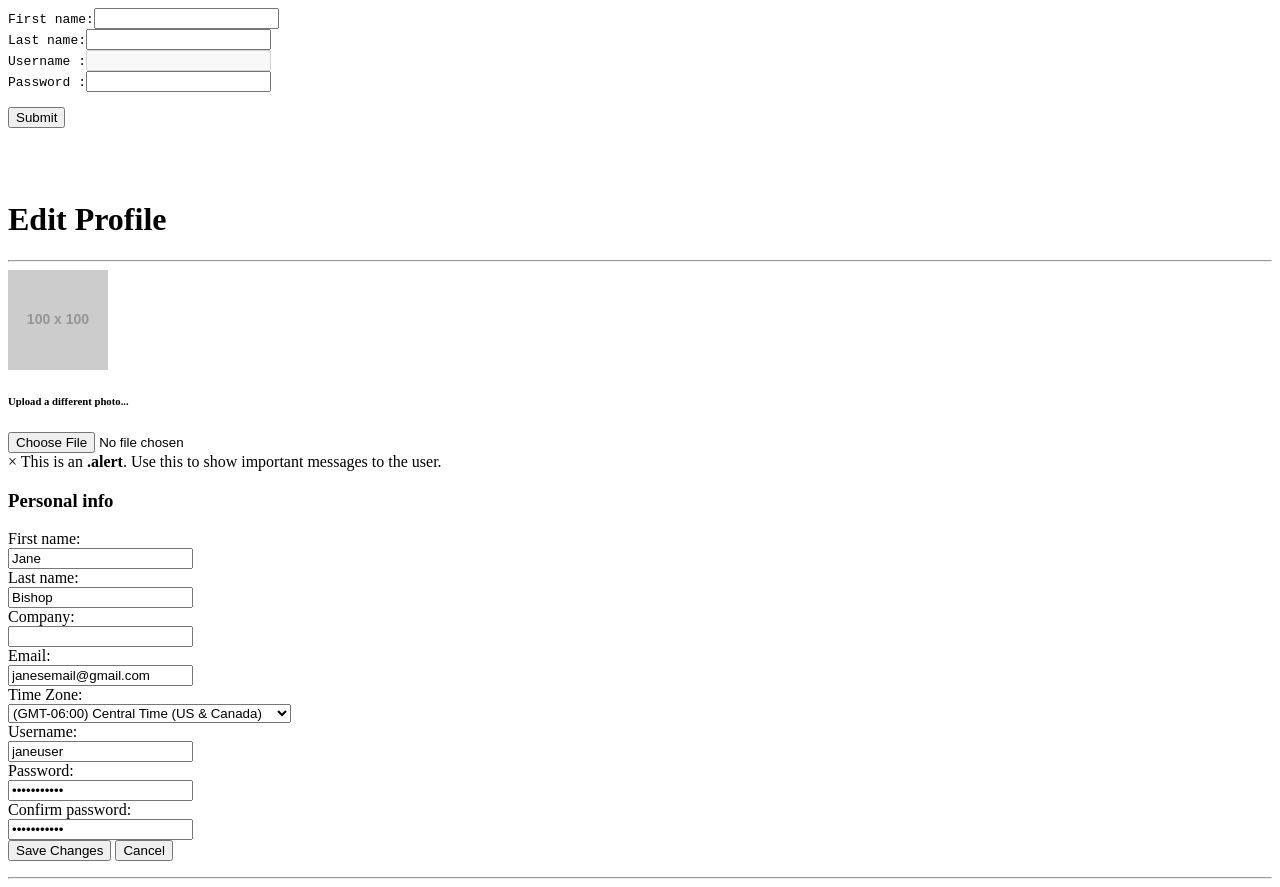
Repository: aneishkumar/AngularJS-Application
Page: Angularjs-Application-march30th/project2/WebContent/updateuser.html
An editor plug-in stored every save of this project. The page is shown before and after the next save, followed by the edit.
The browser window is 1280 px wide. The pictures show the whole page.

Above is the page before, as saved 2018-03-29 11:15:21.

After the next save:
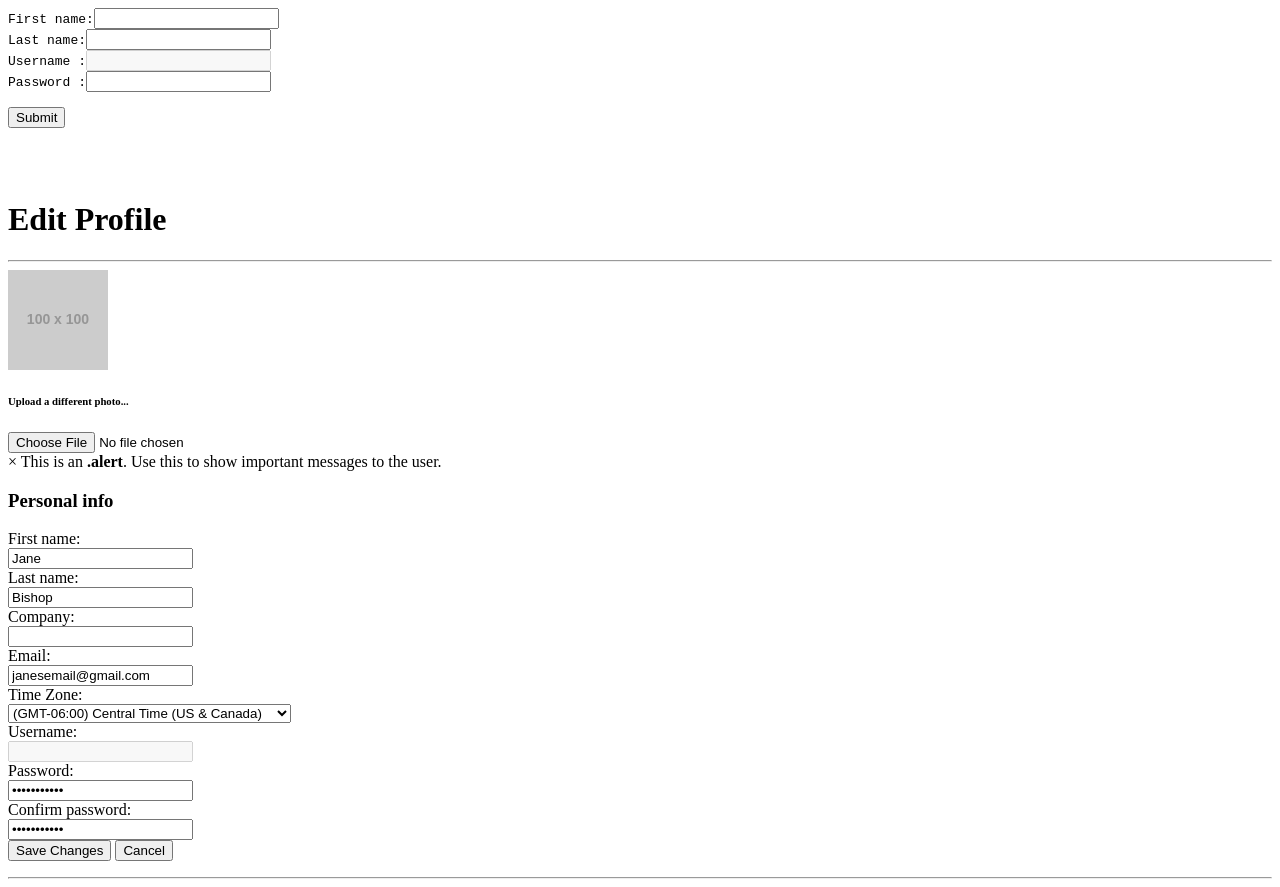
Saved 7 min 0 s later.
--- a/Angularjs-Application-march30th/project2/WebContent/updateuser.html
+++ b/Angularjs-Application-march30th/project2/WebContent/updateuser.html
@@ -78,7 +78,7 @@ Password :<input type="password" ng-model="user.password">
           <div class="form-group">
             <label class="col-md-3 control-label">Username:</label>
             <div class="col-md-8">
-              <input class="form-control" type="text" value="janeuser">
+              <input class="form-control" type="text" ng-model="user.username" disabled="disabled">
             </div>
           </div>
           <div class="form-group">
